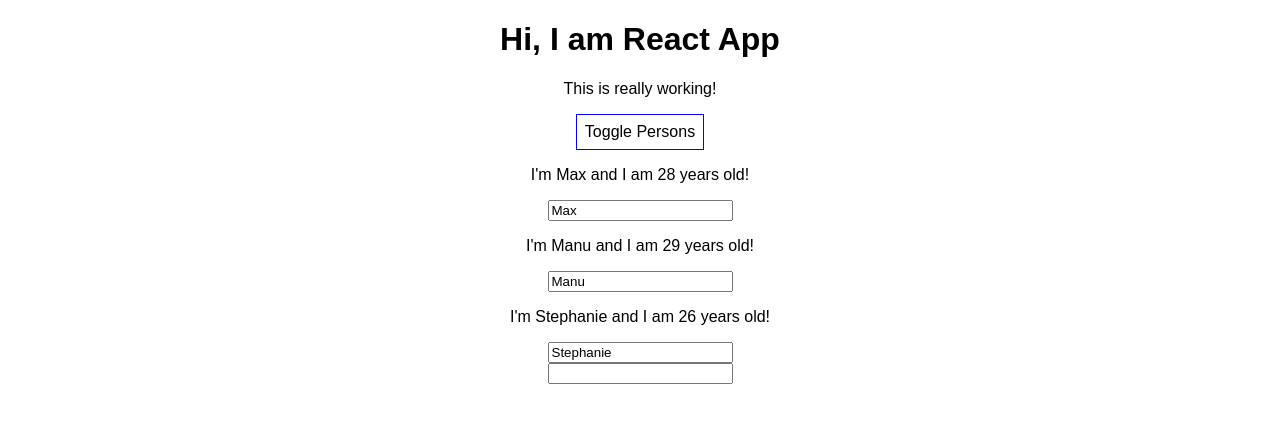
Repository: AbdulMutaal/React-Complete-Guide
Page: /, after clicking the first element matching `button`
The author's editor kept a copy of each file at every save. The page is drawn from the files as they stood at one save, then again after the next save.
The browser window is 1280 px wide. The pictures show the whole page.
The project was rebuilt for these pictures with package versions that can differ from the ones it lists, and the page was loaded fresh each time. Also part of the build but not shown: src/ValidationComponent/ValidationComponent.js, src/CharComponent/CharComponent.js.

Above is the page before, as saved 2021-11-29 20:44:59.

After the next save:
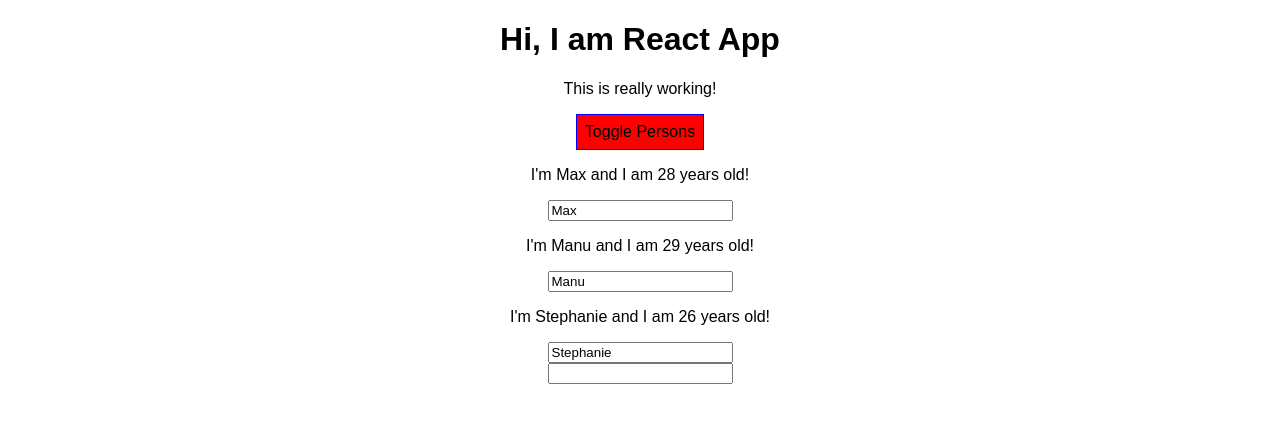
Saved 2 min 46 s later.
--- a/src/App.js
+++ b/src/App.js
@@ -102,8 +102,9 @@ class App extends Component {
             click={(event) => this.nameChangedHandler(event, person.id)}/>
         })}
         </div>
+      );
 
-      );
+      style.backgroundColor = 'red';
     }
 
     return (
